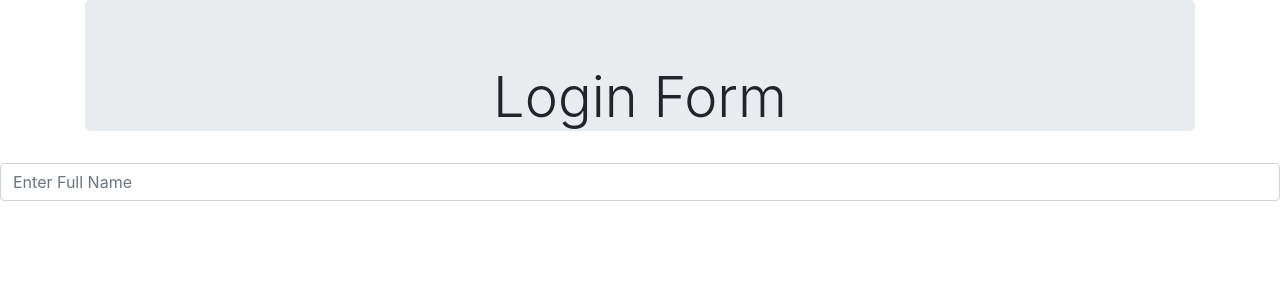
Repository: amar468S/Ng-templateDrivenForm
Page: /
The author's editor kept a copy of each file at every save. The page is drawn from the files as they stood at one save, then again after the next save.
The browser window is 1280 px wide. The pictures show the whole page.
Some web libraries are served in a nearby version. The project was rebuilt for these pictures with package versions that can differ from the ones it lists, and the page was loaded fresh each time. Also part of the build but not shown: angular.json.

Above is the page before, as saved 2019-02-03 15:42:56.

### src/index.html
<!doctype html>
<html lang="en">
<head>
  <meta charset="utf-8">
  <title>NgTemplateForms</title>
  <base href="/">

  <meta name="viewport" content="width=device-width, initial-scale=1">
  <link rel="icon" type="image/x-icon" href="favicon.ico">
  <!-- CSS -->
  <link rel="stylesheet" href="https://stackpath.bootstrapcdn.com/bootstrap/4.2.1/css/bootstrap.min.css" integrity="sha384-GJzZqFGwb1QTTN6wy59ffF1BuGJpLSa9DkKMp0DgiMDm4iYMj70gZWKYbI706tWS" crossorigin="anonymous">

  <!-- JS -->
  <script src="https://code.jquery.com/jquery-3.3.1.slim.min.js" integrity="sha384-q8i/X+965DzO0rT7abK41JStQIAqVgRVzpbzo5smXKp4YfRvH+8abtTE1Pi6jizo" crossorigin="anonymous"></script>
  <script src="https://cdnjs.cloudflare.com/ajax/libs/popper.js/1.14.6/umd/popper.min.js" integrity="sha384-wHAiFfRlMFy6i5SRaxvfOCifBUQy1xHdJ/yoi7FRNXMRBu5WHdZYu1hA6ZOblgut" crossorigin="anonymous"></script>
  <script src="https://stackpath.bootstrapcdn.com/bootstrap/4.2.1/js/bootstrap.min.js" integrity="sha384-B0UglyR+jN6CkvvICOB2joaf5I4l3gm9GU6Hc1og6Ls7i6U/mkkaduKaBhlAXv9k" crossorigin="anonymous"></script>

</head>
<body>
  <app-root></app-root>
</body>
</html>

### src/app/app.component.html
<div class="container">
    <div class="jumbotron pb-0">
      <p class="display-4 text-center mb-0">Login Form</p>
    </div>
</div>


<form>
  <div class="form-group">
    <input type="text" placeholder="Enter Full Name" class="form-control">
  </div>
</form>

Loaded but not shown: src/styles.css (common file); src/main.ts (common file); src/app/app.module.ts (common file); src/environments/environment.ts (common file); src/app/app.component.ts (common file); src/app/app.component.css (no stored copy; drawn as an empty file)

After the next save:
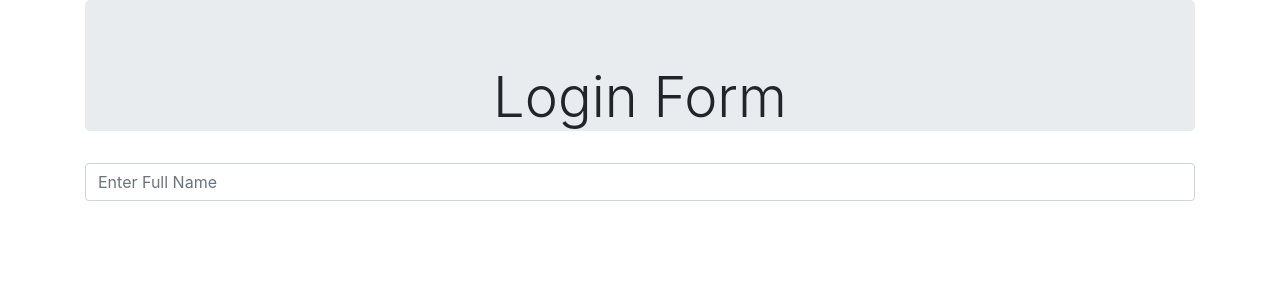
Saved 22 s later.
--- a/src/app/app.component.html
+++ b/src/app/app.component.html
@@ -2,11 +2,11 @@
     <div class="jumbotron pb-0">
       <p class="display-4 text-center mb-0">Login Form</p>
     </div>
+
+  <form>
+    <div class="form-group">
+      <input type="text" placeholder="Enter Full Name" class="form-control">
+    </div>
+  </form>
+
 </div>
-
-
-<form>
-  <div class="form-group">
-    <input type="text" placeholder="Enter Full Name" class="form-control">
-  </div>
-</form>
